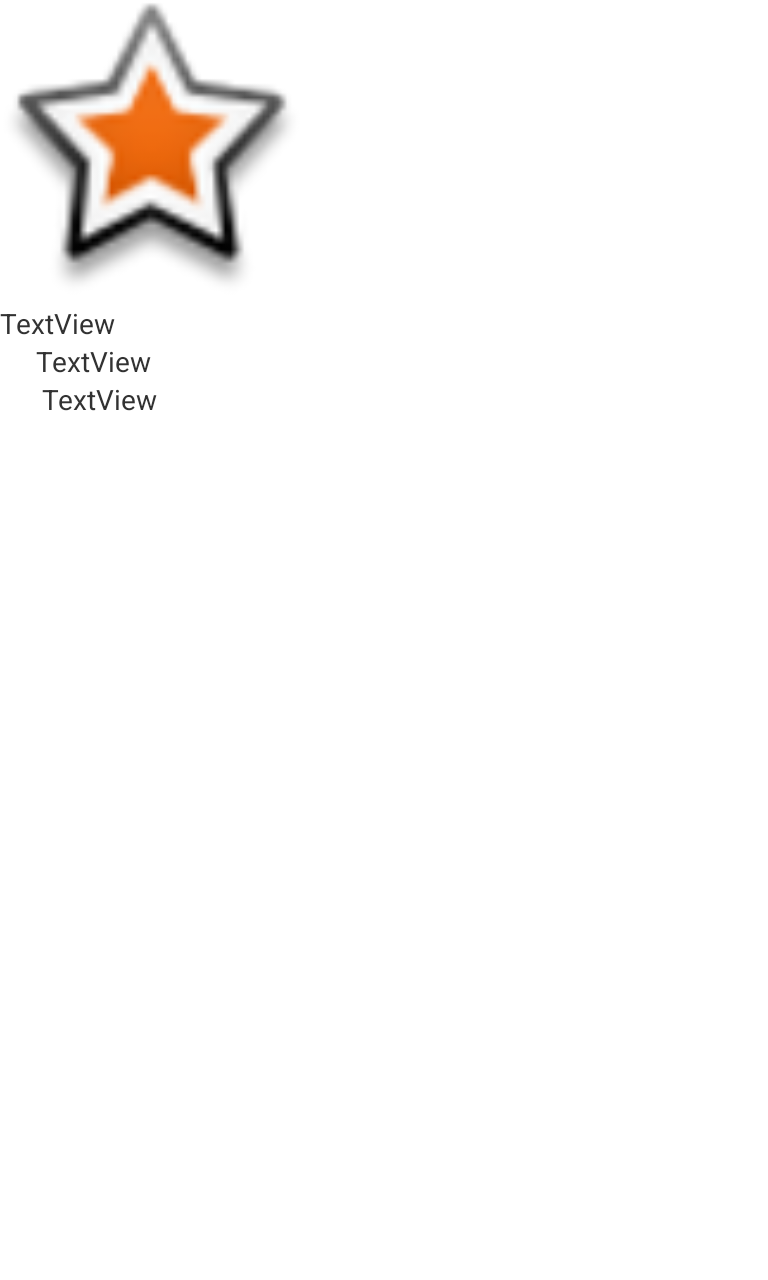
Repository: tyrelltle/LocationService
Layout: iamsingle/iamsingle/res/layout/activity_userinfo.xml
An editor plug-in stored every save of this project. The layout is shown before and after the next save, followed by the edit.
It is drawn on a 768 x 1280 px phone screen (xhdpi) without system bars, with theme AppTheme; the app's code is not run.

Above is the layout before, as saved 2013-08-10 19:09:26.

### iamsingle/iamsingle/res/layout/activity_userinfo.xml
<?xml version="1.0" encoding="utf-8"?>
<LinearLayout xmlns:android="http://schemas.android.com/apk/res/android"
    android:layout_width="match_parent"
    android:layout_height="match_parent"
    android:orientation="vertical" >

    <ImageView
        android:id="@+id/img_usericon"
        android:layout_width="152dp"
        android:layout_height="152dp"
        android:adjustViewBounds="true"
        android:cropToPadding="false"
        android:src="@android:drawable/star_big_on" />

    <TableLayout
        android:layout_width="match_parent"
        android:layout_height="wrap_content" >
	    <TextView
	        android:id="@+id/TextView02"
	        android:layout_width="106dp"
	        android:layout_height="wrap_content"
	        android:text="TextView" />

	    <TextView
	        android:id="@+id/txt_username"
	        android:layout_width="106dp"
	        android:layout_height="wrap_content"
	        android:layout_marginLeft="18dp"
	        android:text="TextView" />

	    <TextView
	        android:id="@+id/TextView01"
	        android:layout_width="106dp"
	        android:layout_height="wrap_content"
	        android:layout_marginLeft="21dp"
	        android:text="TextView" />

    </TableLayout>



</LinearLayout>

Loaded but not shown: iamsingle/iamsingle/res/values/styles.xml (common file); iamsingle/iamsingle/res/values-v11/styles.xml (common file); iamsingle/iamsingle/res/values-v14/styles.xml (common file)

After the next save:
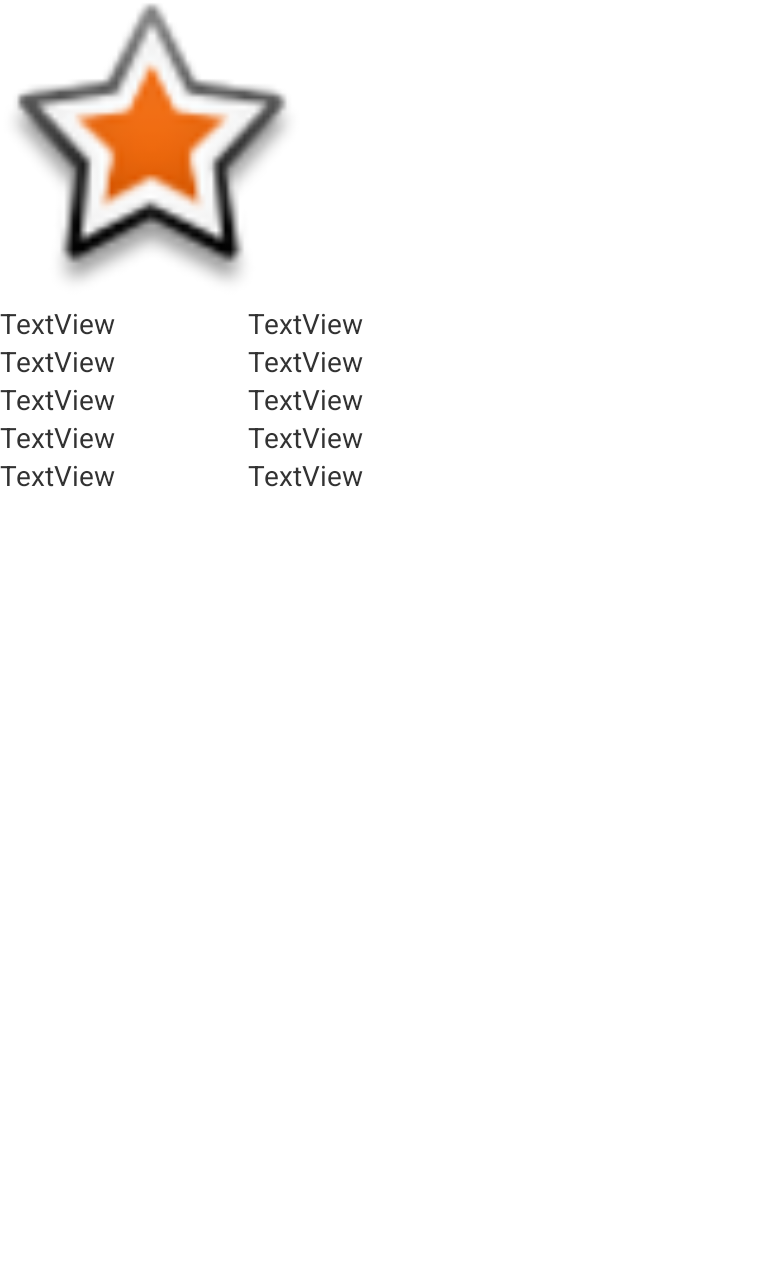
Saved 2 min 30 s later.
--- a/iamsingle/iamsingle/res/layout/activity_userinfo.xml
+++ b/iamsingle/iamsingle/res/layout/activity_userinfo.xml
@@ -3,6 +3,8 @@
     android:layout_width="match_parent"
     android:layout_height="match_parent"
     android:orientation="vertical" >
+
+
 
     <ImageView
         android:id="@+id/img_usericon"
@@ -15,25 +17,102 @@
     <TableLayout
         android:layout_width="match_parent"
         android:layout_height="wrap_content" >
-	    <TextView
-	        android:id="@+id/TextView02"
-	        android:layout_width="106dp"
-	        android:layout_height="wrap_content"
-	        android:text="TextView" />
 
-	    <TextView
-	        android:id="@+id/txt_username"
-	        android:layout_width="106dp"
-	        android:layout_height="wrap_content"
-	        android:layout_marginLeft="18dp"
-	        android:text="TextView" />
+	    <TableRow
+	        android:id="@+id/tableRow1"
+	        android:layout_width="wrap_content"
+	        android:layout_height="wrap_content" >
 
-	    <TextView
-	        android:id="@+id/TextView01"
-	        android:layout_width="106dp"
-	        android:layout_height="wrap_content"
-	        android:layout_marginLeft="21dp"
-	        android:text="TextView" />
+	        <TextView
+	            android:id="@+id/TextView02"
+	            android:layout_width="106dp"
+	            android:layout_height="wrap_content"
+	            android:text="TextView" />
+
+	        <TextView
+	            android:id="@+id/txt_username"
+	            android:layout_width="106dp"
+	            android:layout_height="wrap_content"
+	            android:layout_marginLeft="18dp"
+	            android:text="TextView" />
+
+	    </TableRow>
+
+	        <TableRow
+        android:id="@+id/TableRow02"
+        android:layout_width="wrap_content"
+        android:layout_height="wrap_content" >
+
+        <TextView
+            android:id="@+id/TextView05"
+            android:layout_width="106dp"
+            android:layout_height="wrap_content"
+            android:text="TextView" />
+
+        <TextView
+            android:id="@+id/TextView04"
+            android:layout_width="106dp"
+            android:layout_height="wrap_content"
+            android:layout_marginLeft="18dp"
+            android:text="TextView" />
+    </TableRow>
+
+    <TableRow
+        android:id="@+id/TableRow01"
+        android:layout_width="wrap_content"
+        android:layout_height="wrap_content" >
+
+        <TextView
+            android:id="@+id/TextView03"
+            android:layout_width="106dp"
+            android:layout_height="wrap_content"
+            android:text="TextView" />
+
+        <TextView
+            android:id="@+id/TextView01"
+            android:layout_width="106dp"
+            android:layout_height="wrap_content"
+            android:layout_marginLeft="18dp"
+            android:text="TextView" />
+    </TableRow>
+
+        <TableRow
+        android:id="@+id/TableRow02"
+        android:layout_width="wrap_content"
+        android:layout_height="wrap_content" >
+
+        <TextView
+            android:id="@+id/TextView05"
+            android:layout_width="106dp"
+            android:layout_height="wrap_content"
+            android:text="TextView" />
+
+        <TextView
+            android:id="@+id/TextView04"
+            android:layout_width="106dp"
+            android:layout_height="wrap_content"
+            android:layout_marginLeft="18dp"
+            android:text="TextView" />
+    </TableRow>
+
+    <TableRow
+        android:id="@+id/TableRow01"
+        android:layout_width="wrap_content"
+        android:layout_height="wrap_content" >
+
+        <TextView
+            android:id="@+id/TextView03"
+            android:layout_width="106dp"
+            android:layout_height="wrap_content"
+            android:text="TextView" />
+
+        <TextView
+            android:id="@+id/TextView01"
+            android:layout_width="106dp"
+            android:layout_height="wrap_content"
+            android:layout_marginLeft="18dp"
+            android:text="TextView" />
+    </TableRow>
 
     </TableLayout>
 
